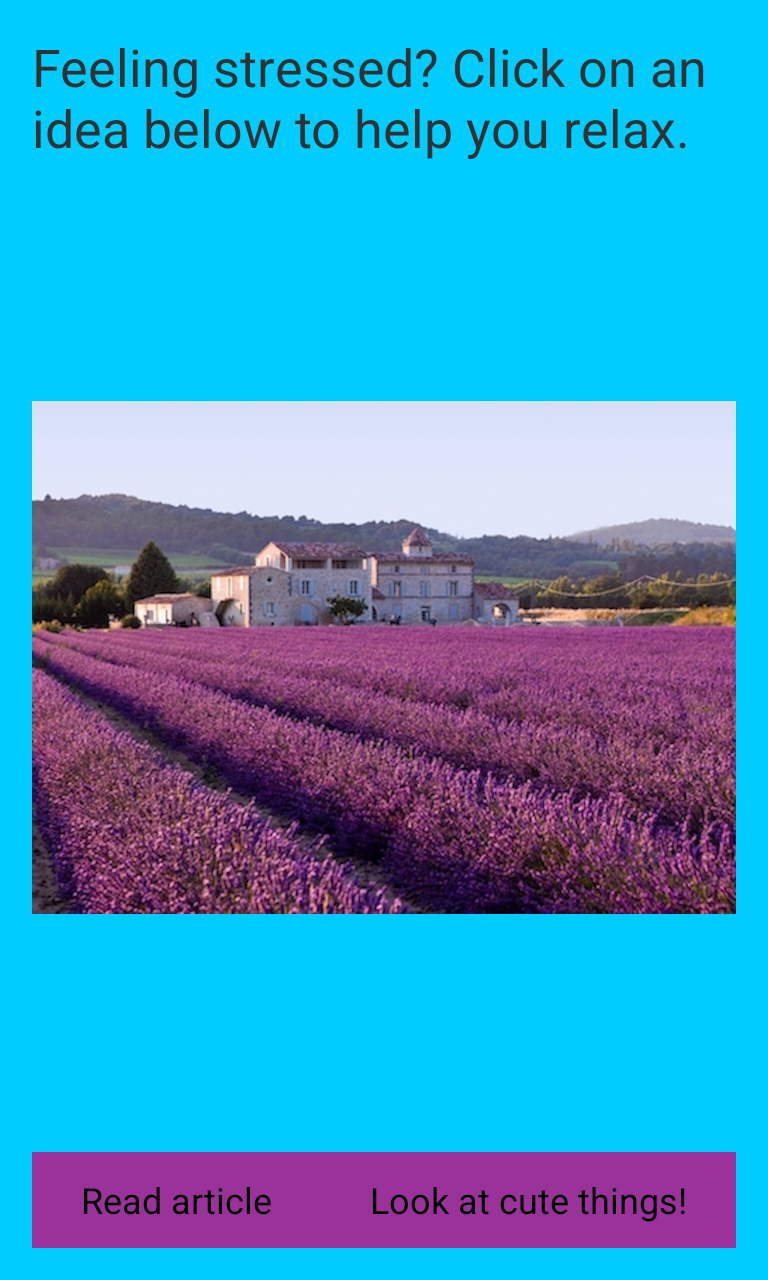
Repository: LSummers33/Apps101
Layout: Self-Care/res/layout/activity_main.xml
These files come from the project's save history. The layout is drawn as it stood at one moment and after the next save; the edit follows.
It is drawn on a 768 x 1280 px phone screen (xhdpi) without system bars, with theme AppTheme; the app's code is not run.

Above is the layout before, as saved 2014-01-26 21:46:45.

### Self-Care/res/layout/activity_main.xml

<LinearLayout xmlns:android="http://schemas.android.com/apk/res/android"
    xmlns:tools="http://schemas.android.com/tools"
    android:layout_width="match_parent"
    android:layout_height="match_parent"
    android:paddingBottom="@dimen/activity_vertical_margin"
    android:paddingLeft="@dimen/activity_horizontal_margin"
    android:paddingRight="@dimen/activity_horizontal_margin"
    android:paddingTop="@dimen/activity_vertical_margin"
    android:orientation="vertical"
    android:background="#00CCFF"
    tools:context=".MainActivity" >

    <TextView
        android:id="@+id/textView1"
        android:layout_width="wrap_content"
        android:layout_height="wrap_content"
        android:textSize="26sp"
        android:text="@string/hello_world" />

    <ImageView
        android:id="@+id/imageView1"
        android:layout_width="wrap_content"
        android:layout_height="0dp"
        android:layout_weight="1"
        android:contentDescription="@string/image"
        android:src="@drawable/lavender_field" />


<LinearLayout
    	android:layout_width="match_parent"
    	android:layout_height="wrap_content"
    	android:orientation="horizontal">

    <Button
        android:id="@+id/button1"
        android:layout_width="wrap_content"
        android:layout_height="wrap_content"
        android:layout_weight="1"
        android:background="#993399"
        android:onClick="read_article"
        android:text="@string/button1" />

    <Button
        android:id="@+id/button2"
        android:layout_width="wrap_content"
        android:layout_height="wrap_content"
        android:layout_weight="1"
        android:background="#993399"
        android:onClick="cute_pics"
        android:text="@string/button2" />

</LinearLayout>

</LinearLayout>

### Self-Care/res/values/strings.xml
<?xml version="1.0" encoding="utf-8"?>
<resources>

    <string name="app_name">Self-Care</string>
    <string name="action_settings">Settings</string>
    <string name="hello_world">Feeling stressed? Click on an idea
        below to help you relax.</string>
    <string name="button1">Read article</string>
    <string name="button2">Look at cute things!</string>
    <string name="title_activity_music">MusicActivity</string>
    <string name="image">Smell the soothing scent of lavender while you
        relax and listen to the music.</string>

</resources>

Loaded but not shown: Self-Care/res/values/styles.xml (common file); Self-Care/res/values-v11/styles.xml (common file); Self-Care/res/values-v14/styles.xml (common file); Self-Care/res/values/dimens.xml (common file)

After the next save:
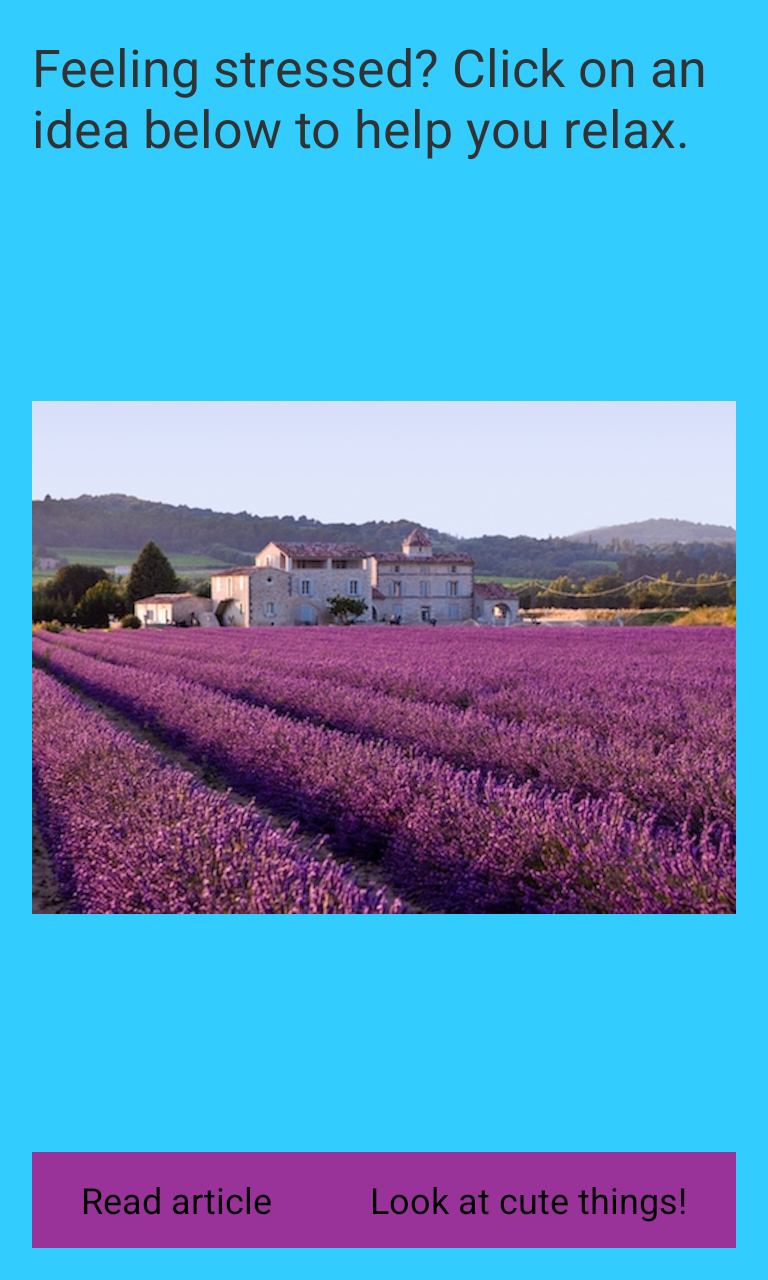
Saved 38 s later.
--- a/Self-Care/res/layout/activity_main.xml
+++ b/Self-Care/res/layout/activity_main.xml
@@ -8,7 +8,7 @@
     android:paddingRight="@dimen/activity_horizontal_margin"
     android:paddingTop="@dimen/activity_vertical_margin"
     android:orientation="vertical"
-    android:background="#00CCFF"
+    android:background="#33CCFF"
     tools:context=".MainActivity" >
 
     <TextView
